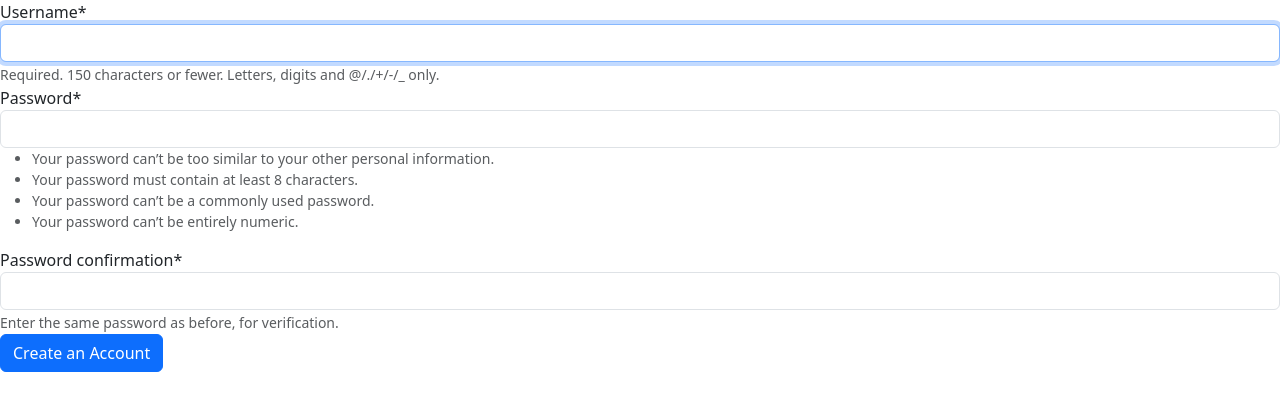
Repository: Ndifoinhilary/django_referrals_system
Page: http://localhost/signup/
These files come from the project's save history. The page is drawn as it stood at one moment and after the next save; the edit follows.
The browser window is 1280 px wide. The pictures show the whole page.
The page is served by the project's application, run on Django 3.2 (manage.py).

Above is the page before, as saved 2024-01-09 23:30:27.

After the next save:
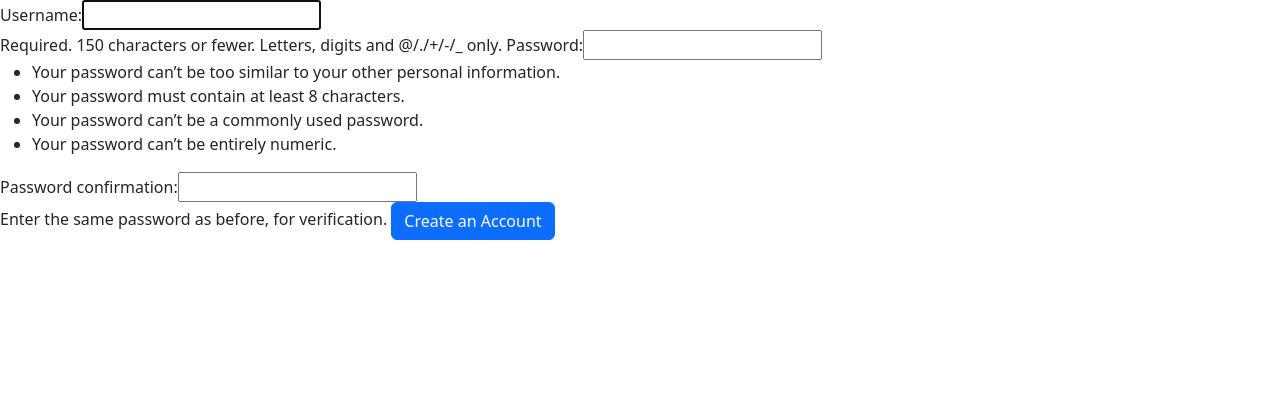
Saved 88 s later.
--- a/referrals/templates/signup.html
+++ b/referrals/templates/signup.html
@@ -6,7 +6,7 @@
 {% block content %}
   <form action="" method="post">
     {% csrf_token %}
-    {{form|crispy}}
+    {{form}}
     <button class="btn btn-primary"> Create an Account</button>
 
   </form>
